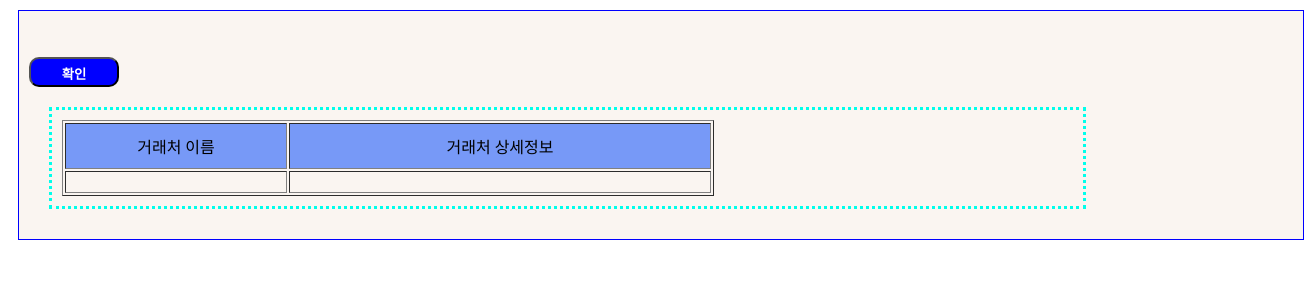
Repository: yul3220/WebProgrammingLecture
Page: jqpro/WebContent/2021-02-03_jqajax/buyer.html
These files come from the project's save history. The page is drawn as it stood at one moment and after the next save; the edit follows.
The browser window is 1280 px wide. The page is 1304 px wide, so the pictures cover 1304 px, including what lies to the right of the window. The pictures show the whole page.

Above is the page before, as saved 2021-02-03 03:45:56.

After the next save:
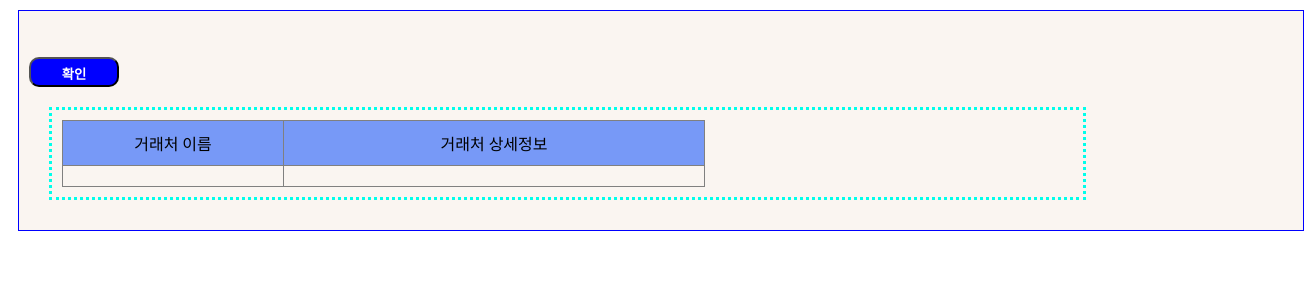
Saved 109 s later.
--- a/jqpro/WebContent/2021-02-03_jqajax/buyer.html
+++ b/jqpro/WebContent/2021-02-03_jqajax/buyer.html
@@ -6,6 +6,9 @@
 <link rel="stylesheet" href="../css/public.css"/>
 <script src="../js/jquery-3.5.1.min.js"></script>
 <style>
+table{
+	border-collapse: collapse;
+}
 td{
 	height: auto;
 	padding : 10px;
